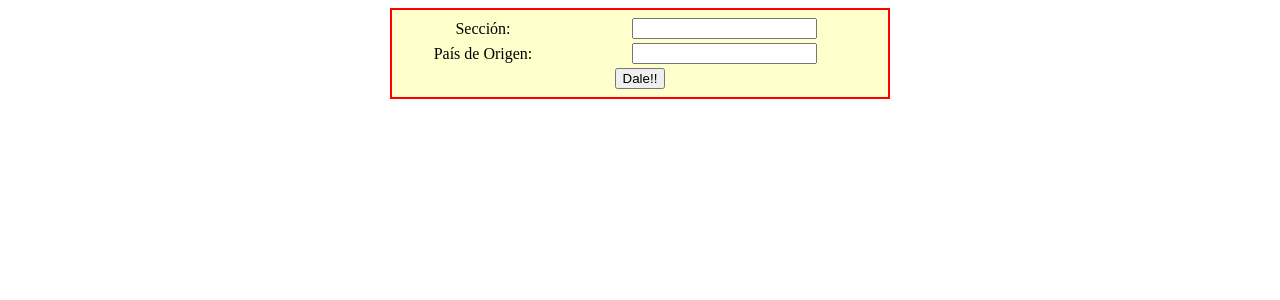
Repository: dasafo/PHP_MySQL_curso
Page: http://localhost/FormularioBusquedaPDO_34_I.php
These files come from the project's save history. The page is drawn as it stood at one moment and after the next save; the edit follows.
The browser window is 1280 px wide. The pictures show the whole page.
The page is run by PHP 8.4 with error messages shown; the project is at /var/www/html/.

Above is the page before, as saved 2018-11-09 08:50:27.

After the next save:
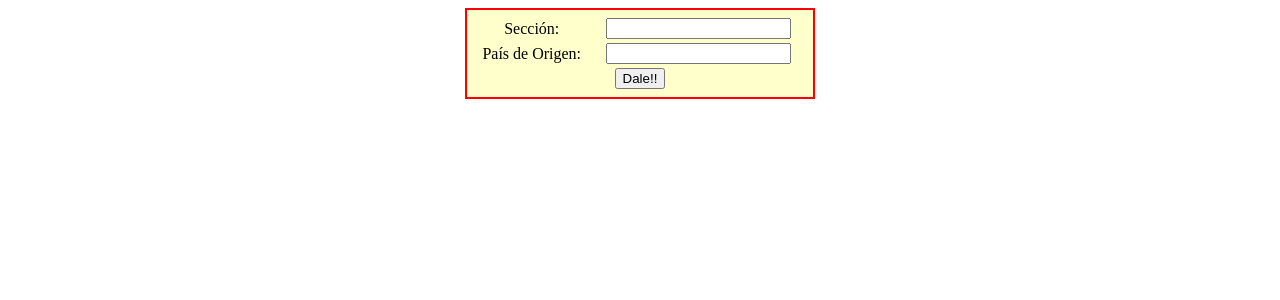
Saved 11 s later.
--- a/PDO/FormularioBusquedaPDO_34_I.php
+++ b/PDO/FormularioBusquedaPDO_34_I.php
@@ -8,7 +8,7 @@
 
     table{
 
-        width:500px;
+        width:350px;
         margin:auto;
         background-color:#FFC;
         border:2px solid #F00;
